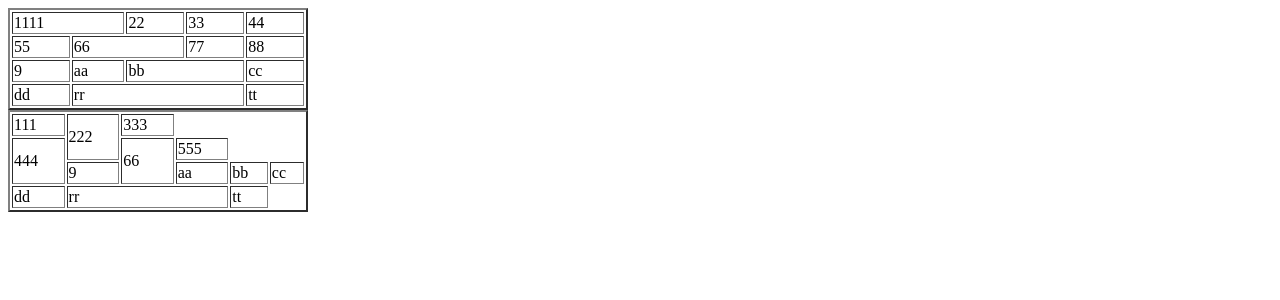
Repository: KseniaMakara/Web
Page: tables/index.html
The author's editor kept a copy of each file at every save. The page is drawn from the files as they stood at one save, then again after the next save.
The browser window is 1280 px wide. The pictures show the whole page.

Above is the page before, as saved 2021-02-14 14:22:31.

After the next save:
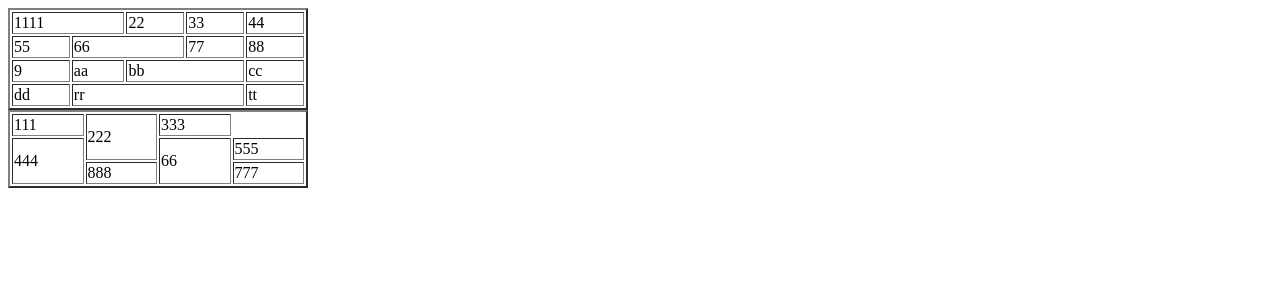
Saved 74 s later.
--- a/tables/index.html
+++ b/tables/index.html
@@ -43,15 +43,11 @@
 
         </tr>
         <tr>
-            <td> 9 </td>
-            <td > aa </td>
-            <td colspan="2"> bb </td>
-            <td> cc </td>
-        </tr>
-        <tr>
-            <td> dd </td>
-            <td colspan="3"> rr </td>
-            <td> tt </td>
+            <td> 888 </td>
+            <td > 777 </td>
+
+
         </tr>
 
+
         </table>
